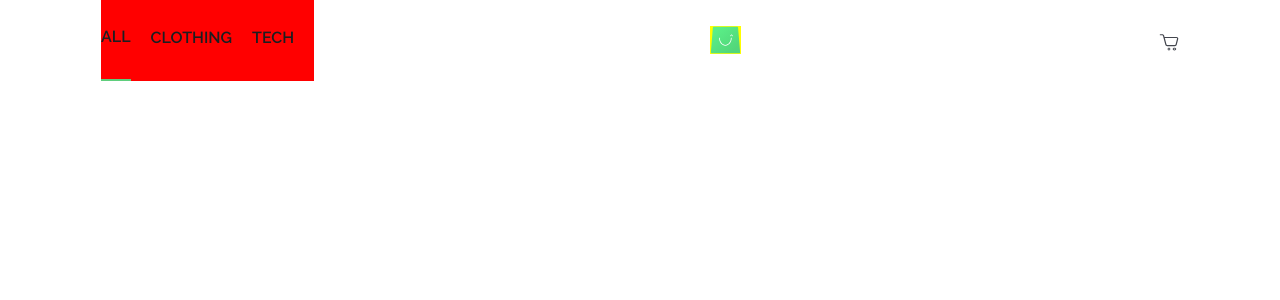
Repository: Esraa22M/project
Page: / (app in ecommerce/)
The author's editor kept a copy of each file at every save. The page is drawn from the files as they stood at one save, then again after the next save.
The browser window is 1280 px wide. The pictures show the whole page.
The project was rebuilt for these pictures with package versions that can differ from the ones it lists, and the page was loaded fresh each time. Also part of the build but not shown: ecommerce/src/components/TechCategory.js, ecommerce/src/components/ClothingCategory.js, ecommerce/src/components/ErrorPage.js, ecommerce/src/components/ProductDetails.js, ecommerce/src/components/Cart.js.

Above is the page before, as saved 2022-03-26 02:12:54.

After the next save:
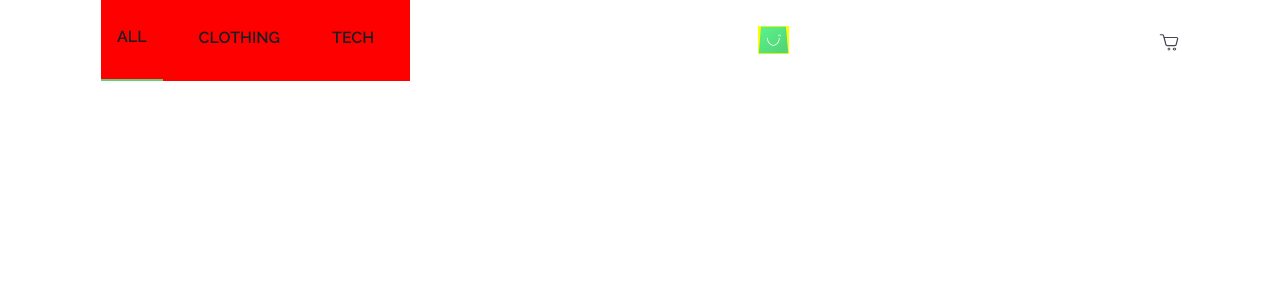
Saved 2 min 6 s later.
--- a/ecommerce/src/styles/Navbar.style.js
+++ b/ecommerce/src/styles/Navbar.style.js
@@ -32,7 +32,8 @@
   display: flex;
   padding-top: 1.75rem;
   padding-bottom: 2rem;
-
+  padding-left:1rem;
+  padding-right:1rem;
   font-weight: 600;
   line-height: 1.2rem;
   font-size:var(--fs-16);
